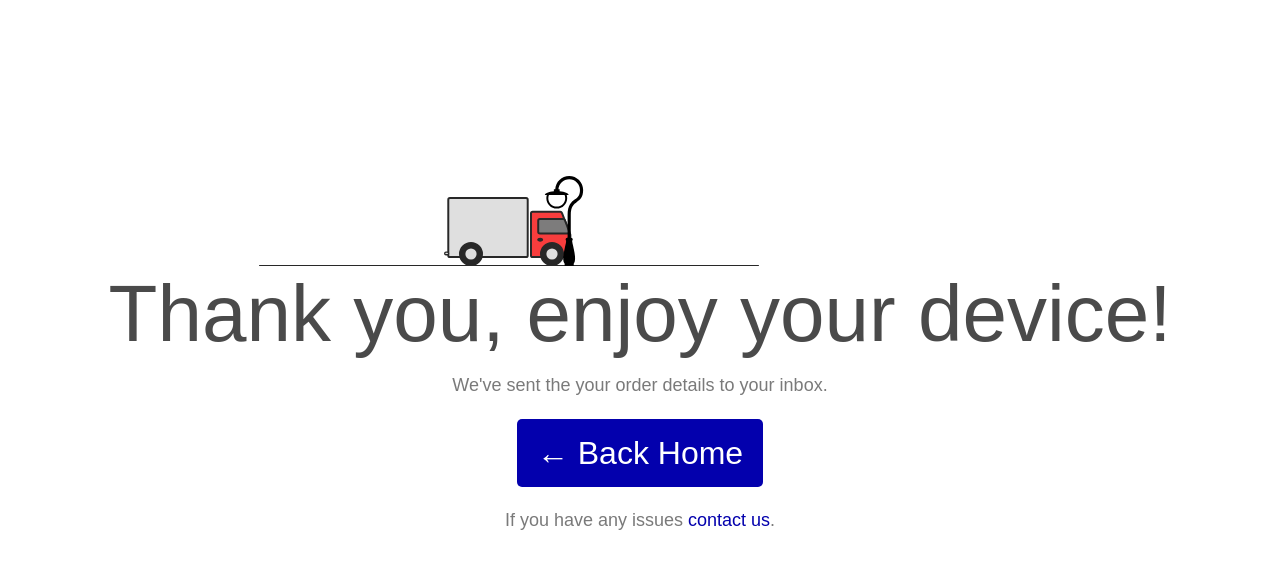
Repository: Davidobi21/macelect
Page: frontend/pages/thank-you.html
These files come from the project's save history. The page is drawn as it stood at one moment and after the next save; the edit follows.
The browser window is 1280 px wide. The pictures show the whole page.

Above is the page before, as saved 2025-05-06 10:37:59.

### frontend/pages/thank-you.html
<!DOCTYPE html>
<html lang="en">
<head>
  <meta charset="UTF-8">
  <meta name="viewport" content="width=device-width, initial-scale=1.0">
  <title>Thank You</title>
  <link href="https://cdn.jsdelivr.net/npm/bootstrap@5.3.0-alpha1/dist/css/bootstrap.min.css" rel="stylesheet">
  <style>
    body {
      display: flex;
      justify-content: center;
      align-items: center;
      height: 100vh;
      margin: 0;
      font-family: 'Arial', sans-serif;
    }

    /* From Uiverse.io by vinodjangid07 */
.loader {
  width: 800px;
  height: 100px;
  display: flex;
  align-items: center;
  justify-content: center;
}

.truckWrapper {
  width: 500px;
  height: 100px;
  display: flex;
  flex-direction: column;
  position: relative;
  align-items: center;
  justify-content: flex-end;
  overflow-x: hidden;
}
/* truck upper body */
.truckBody {
  width: 130px;
  height: fit-content;
  margin-bottom: 6px;
  animation: motion 1s linear infinite;
}
/* truck suspension animation*/
@keyframes motion {
  0% {
    transform: translateY(0px);
  }
  50% {
    transform: translateY(3px);
  }
  100% {
    transform: translateY(0px);
  }
}
/* truck's tires */
.truckTires {
  width: 130px;
  height: fit-content;
  display: flex;
  align-items: center;
  justify-content: space-between;
  padding: 0px 10px 0px 15px;
  position: absolute;
  bottom: 0;
}
.truckTires svg {
  width: 24px;
}

.road {
  width: 100%;
  height: 1.5px;
  background-color: #282828;
  position: relative;
  bottom: 0;
  align-self: flex-end;
  border-radius: 3px;
}
.road::before {
  content: "";
  position: absolute;
  width: 50px;
  height: 100%;
  background-color: #282828;
  right: -50%;
  border-radius: 3px;
  animation: roadAnimation 1.4s linear infinite;
  border-left: 10px solid white;
}
.road::after {
  content: "";
  position: absolute;
  width: 10px;
  height: 100%;
  background-color: #282828;
  right: -65%;
  border-radius: 3px;
  animation: roadAnimation 1.4s linear infinite;
  border-left: 4px solid white;
}

.lampPost {
  position: absolute;
  bottom: 0;
  right: -10%;
  height: 90px;
  animation: roadAnimation 1.4s linear infinite;
}

@keyframes roadAnimation {
  0% {
    transform: translateX(0px);
  }
  100% {
    transform: translateX(-350px);
  }
}

    .thank-you-container {
      text-align: center;
      padding: 40px;
      border-radius: 10px;
    }
    .thank-you-container img {
      width: 400px;
      margin-bottom: 20px;
    }
    .thank-you-container h1 {
      font-size: 5rem;
      color: #4a4a4a;
      margin-bottom: 10px;
    }
    .thank-you-container p {
      color: #7a7a7a;
      font-size: large;
      margin-bottom: 20px;
    }
    .thank-you-container .btn {
      background-color: #0300ad;
      color: #fff;
      padding: 10px 20px;
      border: none;
      border-radius: 5px;
      text-decoration: none;
      font-size: 2rem;
    }
    .thank-you-container .btn:hover {
      background-color: #e14c6a;
    }
    .thank-you-container .contact {
      margin-top: 20px;
      font-size: 0.9rem;
      color: #7a7a7a;
    }
    .thank-you-container .contact a {
      color:  #0300ad;
      text-decoration: none;
    }
    .thank-you-container .contact a:hover {
      text-decoration: underline;
    }
  </style>
</head>
<body>
  <div class="thank-you-container">
    <!-- From Uiverse.io by vinodjangid07 -->
<div class="loader">
  <div class="truckWrapper">
    <div class="truckBody">
      <svg
        xmlns="http://www.w3.org/2000/svg"
        fill="none"
        viewBox="0 0 198 93"
        class="trucksvg"
      >
        <path
          stroke-width="3"
          stroke="#282828"
          fill="#F83D3D"
          d="M135 22.5H177.264C178.295 22.5 179.22 23.133 179.594 24.0939L192.33 56.8443C192.442 57.1332 192.5 57.4404 192.5 57.7504V89C192.5 90.3807 191.381 91.5 190 91.5H135C133.619 91.5 132.5 90.3807 132.5 89V25C132.5 23.6193 133.619 22.5 135 22.5Z"
        ></path>
        <path
          stroke-width="3"
          stroke="#282828"
          fill="#7D7C7C"
          d="M146 33.5H181.741C182.779 33.5 183.709 34.1415 184.078 35.112L190.538 52.112C191.16 53.748 189.951 55.5 188.201 55.5H146C144.619 55.5 143.5 54.3807 143.5 53V36C143.5 34.6193 144.619 33.5 146 33.5Z"
        ></path>
        <path
          stroke-width="2"
          stroke="#282828"
          fill="#282828"
          d="M150 65C150 65.39 149.763 65.8656 149.127 66.2893C148.499 66.7083 147.573 67 146.5 67C145.427 67 144.501 66.7083 143.873 66.2893C143.237 65.8656 143 65.39 143 65C143 64.61 143.237 64.1344 143.873 63.7107C144.501 63.2917 145.427 63 146.5 63C147.573 63 148.499 63.2917 149.127 63.7107C149.763 64.1344 150 64.61 150 65Z"
        ></path>
        <rect
          stroke-width="2"
          stroke="#282828"
          fill="#FFFCAB"
          rx="1"
          height="7"
          width="5"
          y="63"
          x="187"
        ></rect>
        <rect
          stroke-width="2"
          stroke="#282828"
          fill="#282828"
          rx="1"
          height="11"
          width="4"
          y="81"
          x="193"
        ></rect>
        <rect
          stroke-width="3"
          stroke="#282828"
          fill="#DFDFDF"
          rx="2.5"
          height="90"
          width="121"
          y="1.5"
          x="6.5"
        ></rect>
        <rect
          stroke-width="2"
          stroke="#282828"
          fill="#DFDFDF"
          rx="2"
          height="4"
          width="6"
          y="84"
          x="1"
        ></rect>
      </svg>
    </div>
    <div class="truckTires">
      <svg
        xmlns="http://www.w3.org/2000/svg"
        fill="none"
        viewBox="0 0 30 30"
        class="tiresvg"
      >
        <circle
          stroke-width="3"
          stroke="#282828"
          fill="#282828"
          r="13.5"
          cy="15"
          cx="15"
        ></circle>
        <circle fill="#DFDFDF" r="7" cy="15" cx="15"></circle>
      </svg>
      <svg
        xmlns="http://www.w3.org/2000/svg"
        fill="none"
        viewBox="0 0 30 30"
        class="tiresvg"
      >
        <circle
          stroke-width="3"
          stroke="#282828"
          fill="#282828"
          r="13.5"
          cy="15"
          cx="15"
        ></circle>
        <circle fill="#DFDFDF" r="7" cy="15" cx="15"></circle>
      </svg>
    </div>
    <div class="road"></div>

    <svg
      xml:space="preserve"
      viewBox="0 0 453.459 453.459"
      xmlns:xlink="http://www.w3.org/1999/xlink"
      xmlns="http://www.w3.org/2000/svg"
      id="Capa_1"
      version="1.1"
      fill="#000000"
      class="lampPost"
    >
      <path
        d="M252.882,0c-37.781,0-68.686,29.953-70.245,67.358h-6.917v8.954c-26.109,2.163-45.463,10.011-45.463,19.366h9.993
c-1.65,5.146-2.507,10.54-2.507,16.017c0,28.956,23.558,52.514,52.514,52.514c28.956,0,52.514-23.558,52.514-52.514
c0-5.478-0.856-10.872-2.506-16.017h9.992c0-9.354-19.352-17.204-45.463-19.366v-8.954h-6.149C200.189,38.779,223.924,16,252.882,16
c29.952,0,54.32,24.368,54.32,54.32c0,28.774-11.078,37.009-25.105,47.437c-17.444,12.968-37.216,27.667-37.216,78.884v113.914
h-0.797c-5.068,0-9.174,4.108-9.174,9.177c0,2.844,1.293,5.383,3.321,7.066c-3.432,27.933-26.851,95.744-8.226,115.459v11.202h45.75
v-11.202c18.625-19.715-4.794-87.527-8.227-115.459c2.029-1.683,3.322-4.223,3.322-7.066c0-5.068-4.107-9.177-9.176-9.177h-0.795
V196.641c0-43.174,14.942-54.283,30.762-66.043c14.793-10.997,31.559-23.461,31.559-60.277C323.202,31.545,291.656,0,252.882,0z
M232.77,111.694c0,23.442-19.071,42.514-42.514,42.514c-23.442,0-42.514-19.072-42.514-42.514c0-5.531,1.078-10.957,3.141-16.017
h78.747C231.693,100.736,232.77,106.162,232.77,111.694z"
      ></path>
    </svg>
  </div>
</div>

    <h1>Thank you, enjoy your device!</h1>
    <p>We've sent the your order details to your inbox.</p>
    <a href="../index.html" class="btn">← Back Home</a>
    <div class="contact">
      <p>If you have any issues <a href="contact.html">contact us</a>.</p>
    </div>
  </div>
</body>
</html>

After the next save:
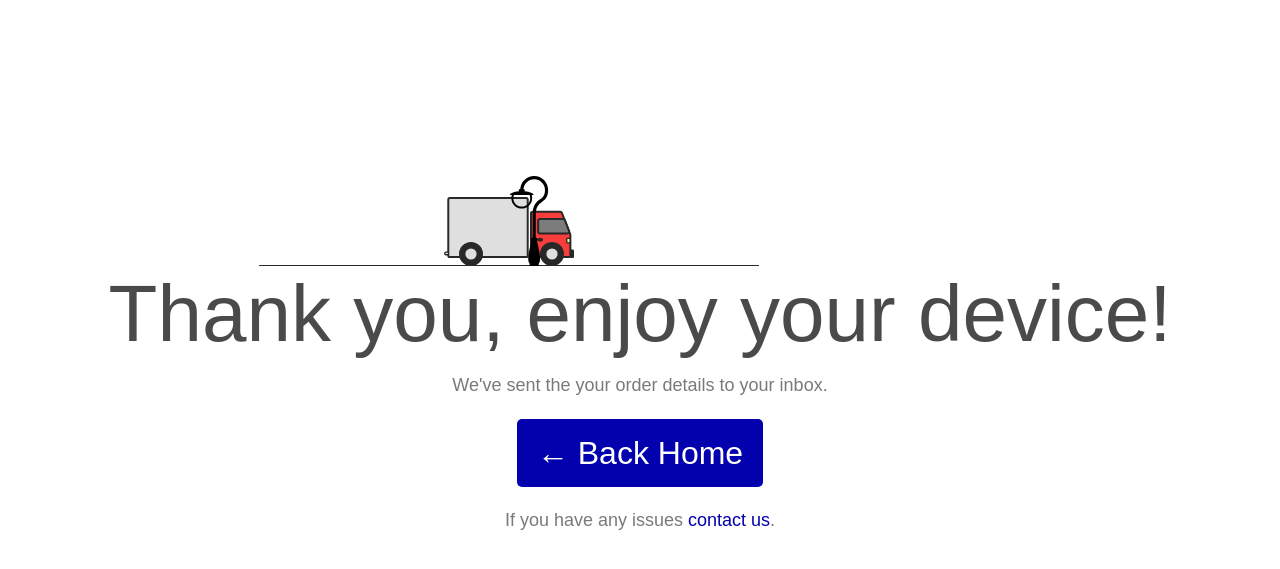
Saved 9 s later.
--- a/frontend/pages/thank-you.html
+++ b/frontend/pages/thank-you.html
@@ -103,7 +103,7 @@
 .lampPost {
   position: absolute;
   bottom: 0;
-  right: -10%;
+  right: -3%;
   height: 90px;
   animation: roadAnimation 1.4s linear infinite;
 }
